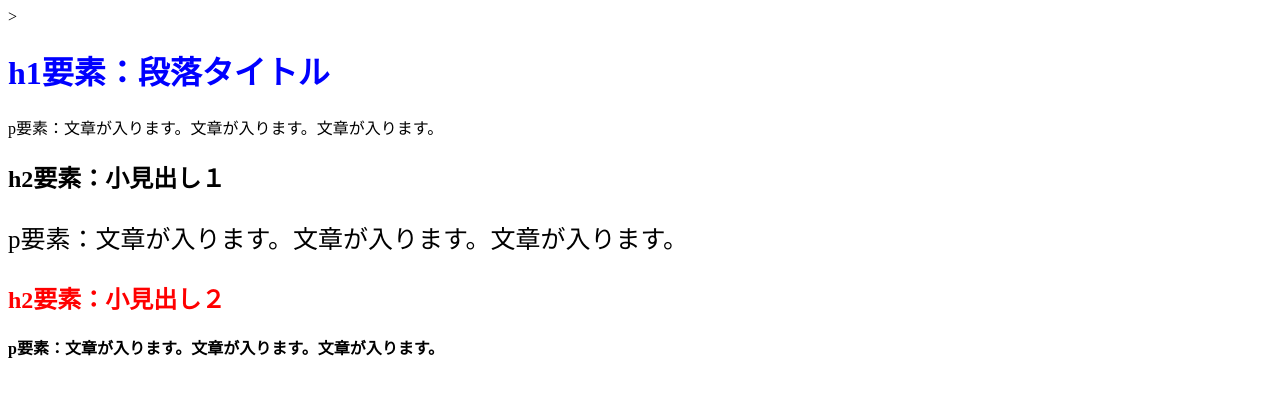
Repository: koukoukou2020/sumurai_HTML-CSS
Page: index.html
The author's editor kept a record of every edit. The page is drawn from the files as they stood at one moment, then again after the next edit.
The browser window is 1280 px wide. The pictures show the whole page.

Above is the page before.

After the next edit:
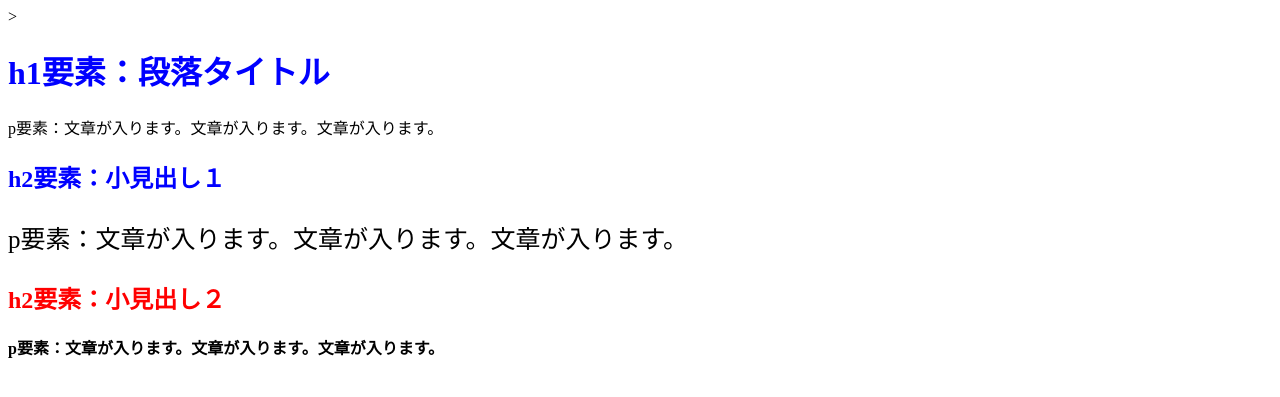
The edit:
--- a/index.html
+++ b/index.html
@@ -15,7 +15,7 @@
   <body>
     <h1 class="blue">h1要素：段落タイトル</h1>
     <p>p要素：文章が入ります。文章が入ります。文章が入ります。</p>
-    <h2>h2要素：小見出し１</h2>
+    <h2 class="blue">h2要素：小見出し１</h2>
     <p style="font-size: 25px;">
       p要素：文章が入ります。文章が入ります。文章が入ります。
     </p>
